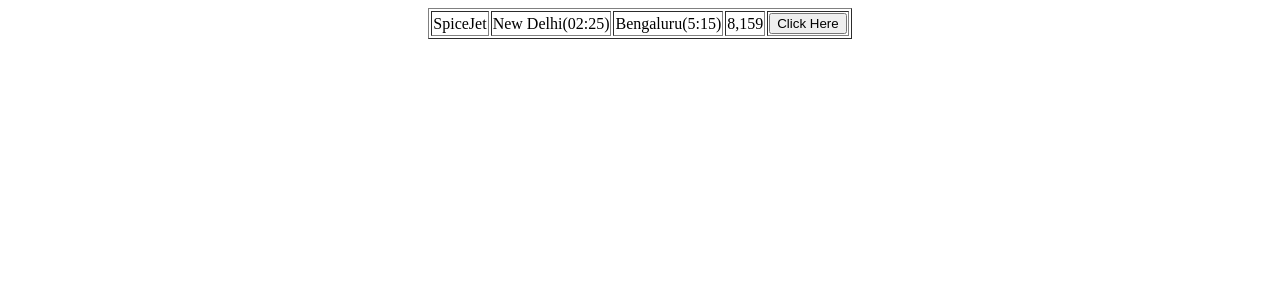
Repository: KanimozhiThandapani/Phase2AirlineBookingProject
Page: http://localhost/AirlineBooking/bookedFlights.jsp
An editor plug-in stored every save of this project. The page is shown before and after the next save, followed by the edit.
The browser window is 1280 px wide. The pictures show the whole page.
The page is served by Tomcat 9. Other server files are loaded and not shown.

Above is the page before, as saved 2022-04-21 13:25:04.

### AirlineBooking/WebContent/bookedFlights.jsp
<%@ page language="java" contentType="text/html; charset=ISO-8859-1"
    pageEncoding="ISO-8859-1"%>
<!DOCTYPE html>
<html>
<head>
<meta charset="ISO-8859-1">
<title>The Booked Flight Details:</title>
</head>
<body>

   <table align="center" border="1">
   <tr>
					<td>SpiceJet</td>
					<td>New Delhi(02:25)</td>
					<td>Bengaluru(5:15)</td>
					<td>8,159</td>
					<td>
					  <button name="button" value="OK" type="button" onclick="hello()">Click Here</button>
					</td>
				</tr>
   </table>
</body>
</html>

After the next save:
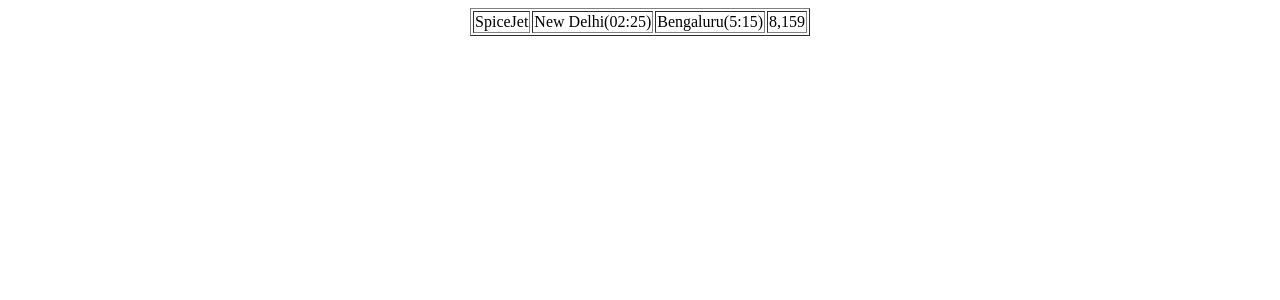
Saved 6 s later.
--- a/AirlineBooking/WebContent/bookedFlights.jsp
+++ b/AirlineBooking/WebContent/bookedFlights.jsp
@@ -14,9 +14,6 @@
 					<td>New Delhi(02:25)</td>
 					<td>Bengaluru(5:15)</td>
 					<td>8,159</td>
-					<td>
-					  <button name="button" value="OK" type="button" onclick="hello()">Click Here</button>
-					</td>
 				</tr>
    </table>
 </body>
